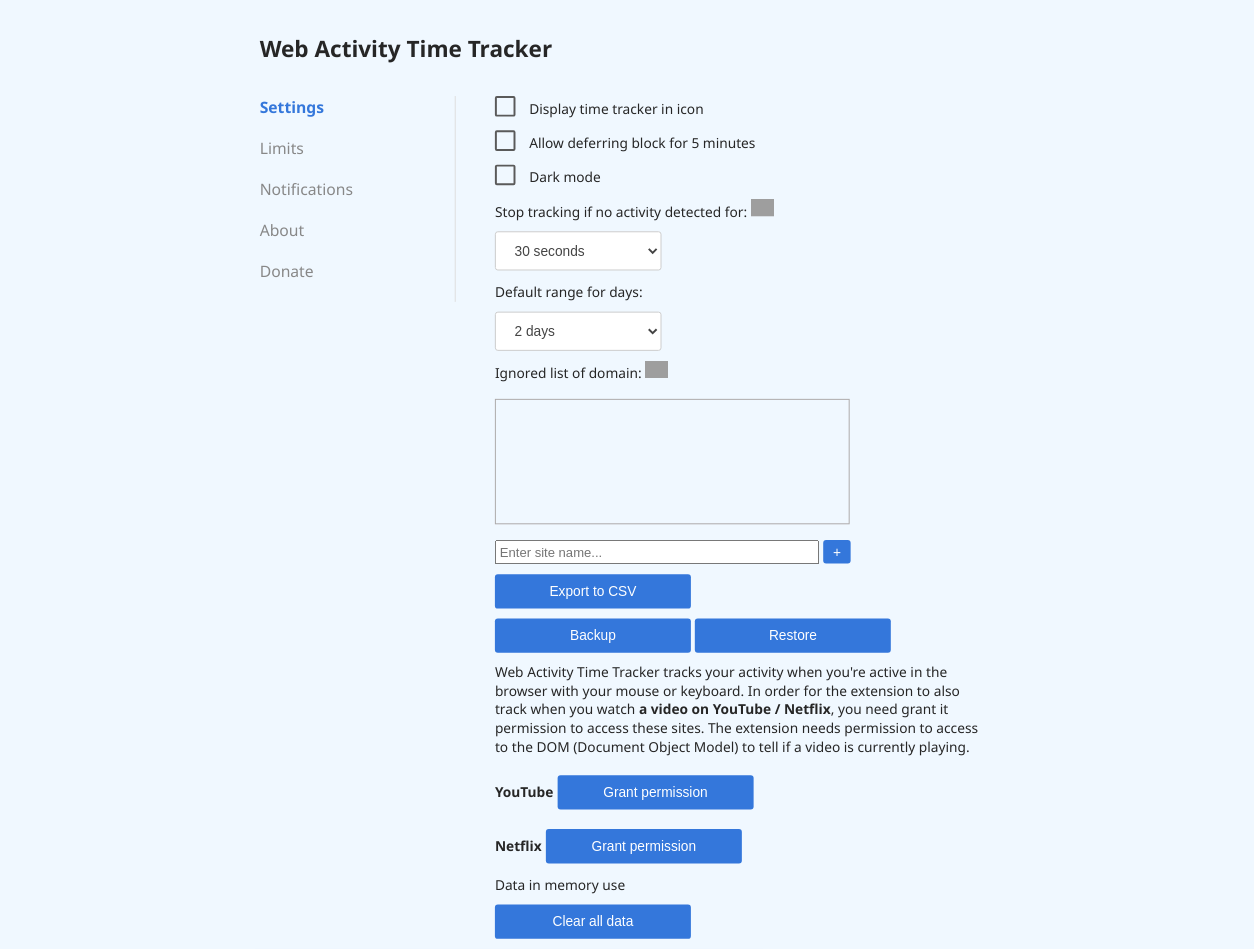
Repository: Inakhoyan/Lab-Project
Page: options.html
An editor plug-in stored every save of this project. The page is shown before and after the next save, followed by the edit.
The browser window is 1280 px wide. The pictures show the whole page, at 98% of full size.
Pictures or frames that could not be fetched are drawn as grey boxes.

Above is the page before, as saved 2022-11-19 00:31:54.
Console error: TypeError: Cannot read properties of null (reading 'addEventListener')

After the next save:
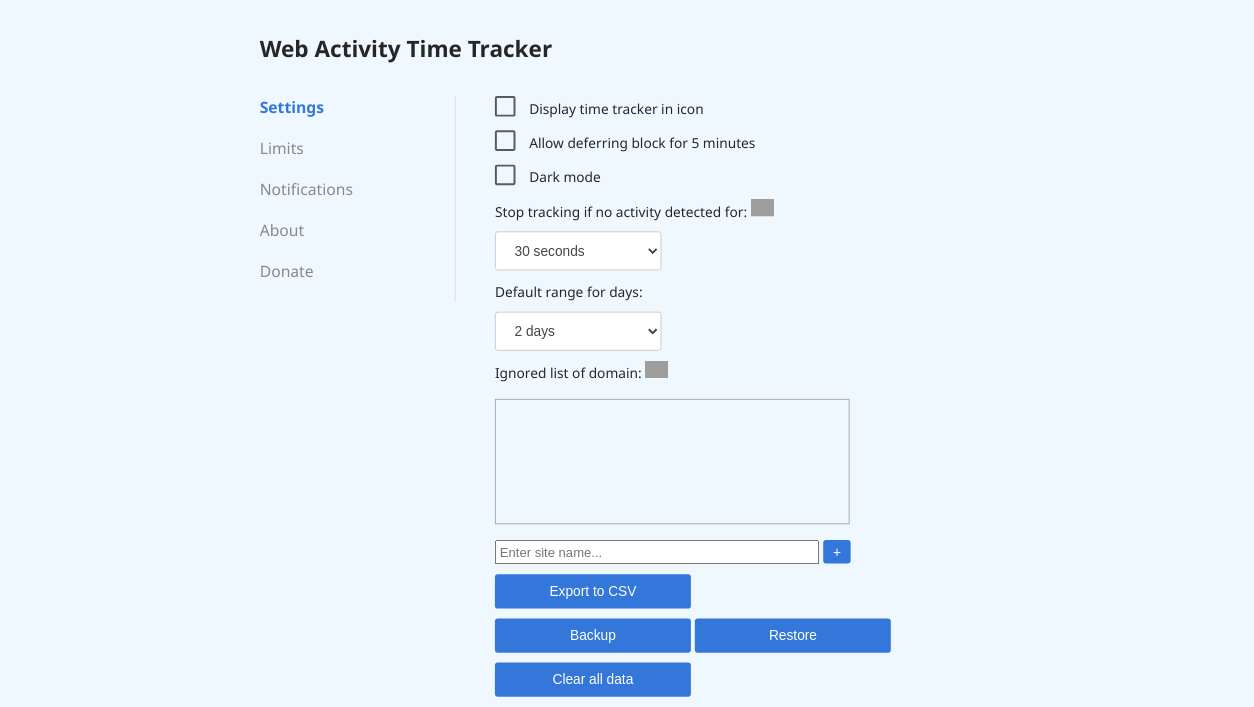
Saved 3 min 18 s later.
--- a/options.html
+++ b/options.html
@@ -111,34 +111,7 @@
                         <div class="notify warning" id="notify-restore-failed" hidden="">
                             Backup file is not valid
                         </div>
-                        <!-- YouTube -->
-                        <div class="margin-top-10">
-                            <label class="block">Web Activity Time Tracker tracks your activity when you're active in
-                                the browser with your mouse or keyboard.
-                                In order for the extension to also track when you watch <span class="bold">a video on
-                                    YouTube / Netflix</span>, you need grant it
-                                permission to access these sites.
-                                The extension needs permission to access to the DOM (Document Object Model) to tell if a video is currently playing.</label>
-                        </div>
-                        <div class="margin-top-10">
-                            <label class="bold site-name">YouTube</label>
-                            <input class="margin-top-10 permission-btn" type="button" value="Grant permission" id="grantPermissionForYT">
-                            <div id="permissionSuccessedBlockForYT" hidden="">
-                                <img src="/icons/success.png" height="18">
-                                <label>Permissions have been granted</label>
-                            </div>
-                        </div>
-                        <!-- Netflix -->
-                        <div class="margin-top-10">
-                            <label class="bold site-name">Netflix</label>
-                            <input class="margin-top-10 permission-btn" type="button" value="Grant permission" id="grantPermissionForNetflix">
-                            <div id="permissionSuccessedBlockForNetflix" hidden="">
-                                <img src="/icons/success.png" height="18">
-                                <label>Permissions have been granted</label>
-                            </div>
-                        </div>
-                        <div class="margin-top-10">
-                            <label>Data in memory use </label><label id="memoryUse"></label>
+
                         </div>
                         <div class="margin-top-10"><input type="button" value="Clear all data" id="clearAllData"></div>
                         <div class="notify" id="notify" hidden="">
